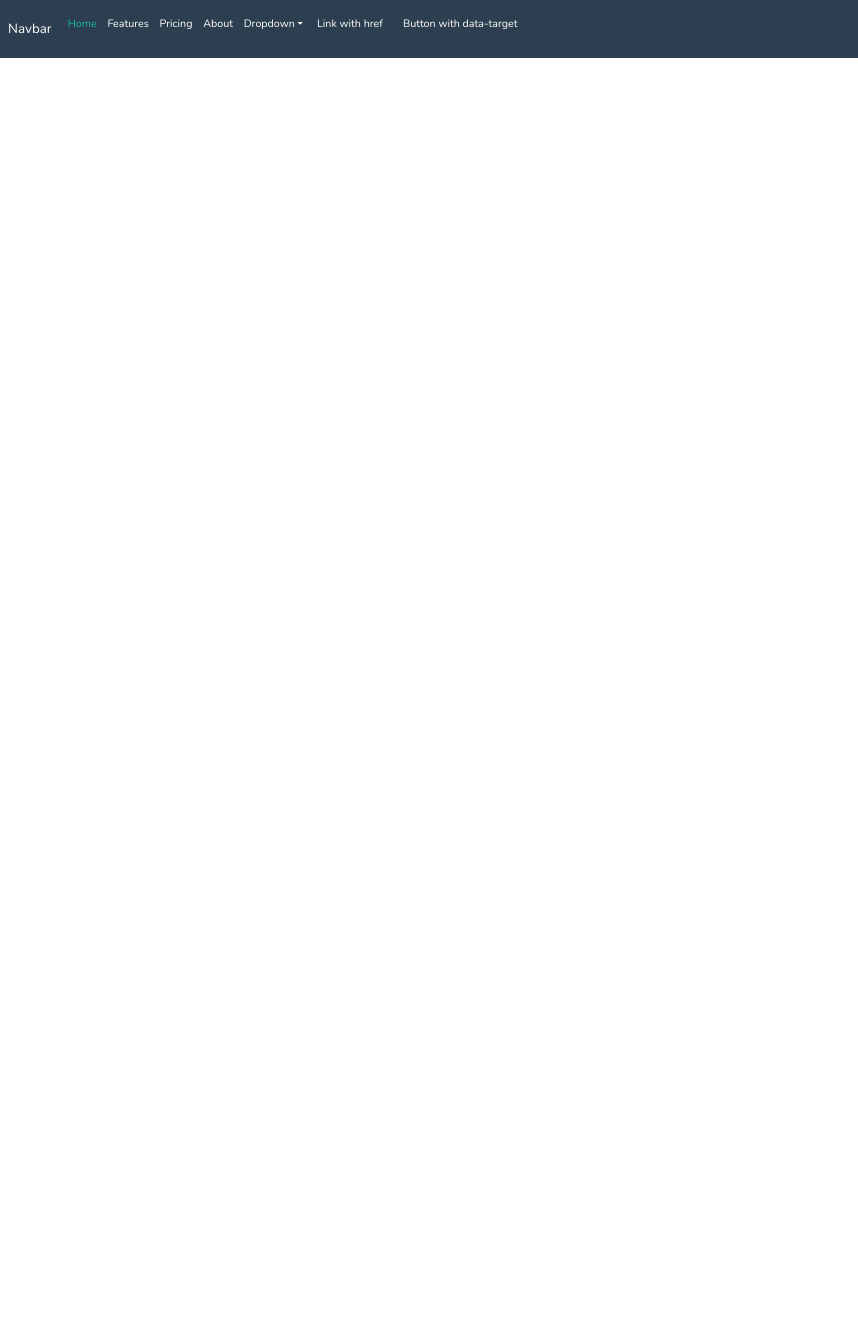
Repository: WaiMaungMaung/Mgr-site
Page: http://localhost/
These files come from the project's save history. The page is drawn as it stood at one moment and after the next save; the edit follows.
The browser window is 1280 px wide. The pictures show the whole page, at 67% of full size.
The page is served by the project's Laravel application, run on PHP 8.4 with Laravel 9. Other server files are loaded and not shown.

Above is the page before, as saved 2022-04-05 16:55:02.

### resources/views/welcome.blade.php
@extends('layouts.app')
<div id="container">
    <nav class="navbar navbar-expand-lg navbar-dark bg-primary fixed-top">
        <div class="container-fluid">
            <a class="navbar-brand" href="#">Navbar</a>
            <button class="navbar-toggler" type="button" data-bs-toggle="collapse" data-bs-target="#navbarColor01"
                aria-controls="navbarColor01" aria-expanded="false" aria-label="Toggle navigation">
                <span class="navbar-toggler-icon"></span>
            </button>

            <div class="collapse navbar-collapse" id="navbarColor01">
                <ul class="navbar-nav me-auto">
                    <li class="nav-item">
                        <a class="nav-link active" href="#">Home
                            <span class="visually-hidden">(current)</span>
                        </a>
                    </li>
                    <li class="nav-item">
                        <a class="nav-link" href="#">Features</a>
                    </li>
                    <li class="nav-item">
                        <a class="nav-link" href="#">Pricing</a>
                    </li>
                    <li class="nav-item">
                        <a class="nav-link" href="#">About</a>
                    </li>
                    <li class="nav-item dropdown">
                        <a class="nav-link dropdown-toggle" data-bs-toggle="dropdown" href="#" role="button"
                            aria-haspopup="true" aria-expanded="false">Dropdown</a>
                        <div class="dropdown-menu">
                            <a class="dropdown-item" href="#">Action</a>
                            <a class="dropdown-item" href="#">Another action</a>
                            <a class="dropdown-item" href="#">Something else here</a>
                            <div class="dropdown-divider"></div>
                            <a class="dropdown-item" href="#">Separated link</a>
                        </div>
                    </li>
                    <li class="nav-item">
                        <p>
                            <a class="btn btn-primary" data-toggle="collapse" href="#collapseExample" role="button"
                                aria-expanded="false" aria-controls="collapseExample">
                                Link with href
                            </a>
                            <button class="btn btn-primary" type="button" data-toggle="collapse"
                                data-target="#collapseExample" aria-expanded="false" aria-controls="collapseExample">
                                Button with data-target
                            </button>
                        </p>
                        <div class="collapse" id="collapseExample">
                            <div class="card card-body">
                                Anim pariatur cliche reprehenderit, enim eiusmod high life accusamus terry richardson ad
                                squid. Nihil anim keffiyeh helvetica, craft beer labore wes anderson cred nesciunt
                                sapiente ea proident.
                            </div>
                        </div>
                    </li>
                </ul>

            </div>
        </div>
    </nav>
</div>

### resources/views/layouts/app.blade.php
<!DOCTYPE html>
<html lang="{{ str_replace('_', '-', app()->getLocale()) }}">

<head>
    <meta charset="utf-8">
    <meta name="viewport" content="width=device-width, initial-scale=1">

    <title>Laravel</title>

    <!-- Fonts -->
    <link href="https://fonts.googleapis.com/css2?family=Nunito:wght@400;600;700&display=swap" rel="stylesheet">
    <link rel="stylesheet" href="https://bootswatch.com/5/flatly/bootstrap.min.css">
    <link rel="stylesheet" href="{{ URL::asset('css/custom.css') }} ">
    <!-- Styles -->
    <style>
        /*! normalize.css v8.0.1 | MIT License | github.com/necolas/normalize.css */
        html {
            line-height: 1.15;
            -webkit-text-size-adjust: 100%
        }

        body {
            margin: 0
        }

        a {
            background-color: transparent
        }

        [hidden] {
            display: none
        }

        html {
            font-family: system-ui, -apple-system, BlinkMacSystemFont, Segoe UI, Roboto, Helvetica Neue, Arial, Noto Sans, sans-serif, Apple Color Emoji, Segoe UI Emoji, Segoe UI Symbol, Noto Color Emoji;
            line-height: 1.5
        }

        *,
        :after,
        :before {
            box-sizing: border-box;
            border: 0 solid #e2e8f0
        }

        a {
            color: inherit;
            text-decoration: inherit
        }

        svg,
        video {
            display: block;
            vertical-align: middle
        }

        video {
            max-width: 100%;
            height: auto
        }

        .bg-white {
            --bg-opacity: 1;
            background-color: #fff;
            background-color: rgba(255, 255, 255, var(--bg-opacity))
        }

        .bg-gray-100 {
            --bg-opacity: 1;
            background-color: #f7fafc;
            background-color: rgba(247, 250, 252, var(--bg-opacity))
        }

        .border-gray-200 {
            --border-opacity: 1;
            border-color: #edf2f7;
            border-color: rgba(237, 242, 247, var(--border-opacity))
        }

        .border-t {
            border-top-width: 1px
        }

        .flex {
            display: flex
        }

        .grid {
            display: grid
        }

        .hidden {
            display: none
        }

        .items-center {
            align-items: center
        }

        .justify-center {
            justify-content: center
        }

        .font-semibold {
            font-weight: 600
        }

        .h-5 {
            height: 1.25rem
        }

        .h-8 {
            height: 2rem
        }

        .h-16 {
            height: 4rem
        }

        .text-sm {
            font-size: .875rem
        }

        .text-lg {
            font-size: 1.125rem
        }

        .leading-7 {
            line-height: 1.75rem
        }

        .mx-auto {
            margin-left: auto;
            margin-right: auto
        }

        .ml-1 {
            margin-left: .25rem
        }

        .mt-2 {
            margin-top: .5rem
        }

        .mr-2 {
            margin-right: .5rem
        }

        .ml-2 {
            margin-left: .5rem
        }

        .mt-4 {
            margin-top: 1rem
        }

        .ml-4 {
            margin-left: 1rem
        }

        .mt-8 {
            margin-top: 2rem
        }

        .ml-12 {
            margin-left: 3rem
        }

        .-mt-px {
            margin-top: -1px
        }

        .max-w-6xl {
            max-width: 72rem
        }

        .min-h-screen {
            min-height: 100vh
        }

        .overflow-hidden {
            overflow: hidden
        }

        .p-6 {
            padding: 1.5rem
        }

        .py-4 {
            padding-top: 1rem;
            padding-bottom: 1rem
        }

        .px-6 {
            padding-left: 1.5rem;
            padding-right: 1.5rem
        }

        .pt-8 {
            padding-top: 2rem
        }

        .fixed {
            position: fixed
        }

        .relative {
            position: relative
        }

        .top-0 {
            top: 0
        }

        .right-0 {
            right: 0
        }

        .shadow {
            box-shadow: 0 1px 3px 0 rgba(0, 0, 0, .1), 0 1px 2px 0 rgba(0, 0, 0, .06)
        }

        .text-center {
            text-align: center
        }

        .text-gray-200 {
            --text-opacity: 1;
            color: #edf2f7;
            color: rgba(237, 242, 247, var(--text-opacity))
        }

        .text-gray-300 {
            --text-opacity: 1;
            color: #e2e8f0;
            color: rgba(226, 232, 240, var(--text-opacity))
        }

        .text-gray-400 {
            --text-opacity: 1;
            color: #cbd5e0;
            color: rgba(203, 213, 224, var(--text-opacity))
        }

        .text-gray-500 {
            --text-opacity: 1;
            color: #a0aec0;
            color: rgba(160, 174, 192, var(--text-opacity))
        }

        .text-gray-600 {
            --text-opacity: 1;
            color: #718096;
            color: rgba(113, 128, 150, var(--text-opacity))
        }

        .text-gray-700 {
            --text-opacity: 1;
            color: #4a5568;
            color: rgba(74, 85, 104, var(--text-opacity))
        }

        .text-gray-900 {
            --text-opacity: 1;
            color: #1a202c;
            color: rgba(26, 32, 44, var(--text-opacity))
        }

        .underline {
            text-decoration: underline
        }

        .antialiased {
            -webkit-font-smoothing: antialiased;
            -moz-osx-font-smoothing: grayscale
        }

        .w-5 {
            width: 1.25rem
        }

        .w-8 {
            width: 2rem
        }

        .w-auto {
            width: auto
        }

        .grid-cols-1 {
            grid-template-columns: repeat(1, minmax(0, 1fr))
        }

        @media (min-width:640px) {
            .sm\:rounded-lg {
                border-radius: .5rem
            }

            .sm\:block {
                display: block
            }

            .sm\:items-center {
                align-items: center
            }

            .sm\:justify-start {
                justify-content: flex-start
            }

            .sm\:justify-between {
                justify-content: space-between
            }

            .sm\:h-20 {
                height: 5rem
            }

            .sm\:ml-0 {
                margin-left: 0
            }

            .sm\:px-6 {
                padding-left: 1.5rem;
                padding-right: 1.5rem
            }

            .sm\:pt-0 {
                padding-top: 0
            }

            .sm\:text-left {
                text-align: left
            }

            .sm\:text-right {
                text-align: right
            }
        }

        @media (min-width:768px) {
            .md\:border-t-0 {
                border-top-width: 0
            }

            .md\:border-l {
                border-left-width: 1px
            }

            .md\:grid-cols-2 {
                grid-template-columns: repeat(2, minmax(0, 1fr))
            }
        }

        @media (min-width:1024px) {
            .lg\:px-8 {
                padding-left: 2rem;
                padding-right: 2rem
            }
        }

        @media (prefers-color-scheme:dark) {
            .dark\:bg-gray-800 {
                --bg-opacity: 1;
                background-color: #2d3748;
                background-color: rgba(45, 55, 72, var(--bg-opacity))
            }

            .dark\:bg-gray-900 {
                --bg-opacity: 1;
                background-color: #1a202c;
                background-color: rgba(26, 32, 44, var(--bg-opacity))
            }

            .dark\:border-gray-700 {
                --border-opacity: 1;
                border-color: #4a5568;
                border-color: rgba(74, 85, 104, var(--border-opacity))
            }

            .dark\:text-white {
                --text-opacity: 1;
                color: #fff;
                color: rgba(255, 255, 255, var(--text-opacity))
            }

            .dark\:text-gray-400 {
                --text-opacity: 1;
                color: #cbd5e0;
                color: rgba(203, 213, 224, var(--text-opacity))
            }

            .dark\:text-gray-500 {
                --tw-text-opacity: 1;
                color: #6b7280;
                color: rgba(107, 114, 128, var(--tw-text-opacity))
            }
        }

    </style>

    <style>
        body {
            font-family: 'Nunito', sans-serif;
            height: 2000px;
        }

    </style>
</head>

<body class="antialiased">
    <div id="app">
        @yield('content')
        <h1>app</h1>
    </div>
</body>

</html>

Loaded but not shown: routes/web.php (common file); lang/en.json (common file)

After the next save:
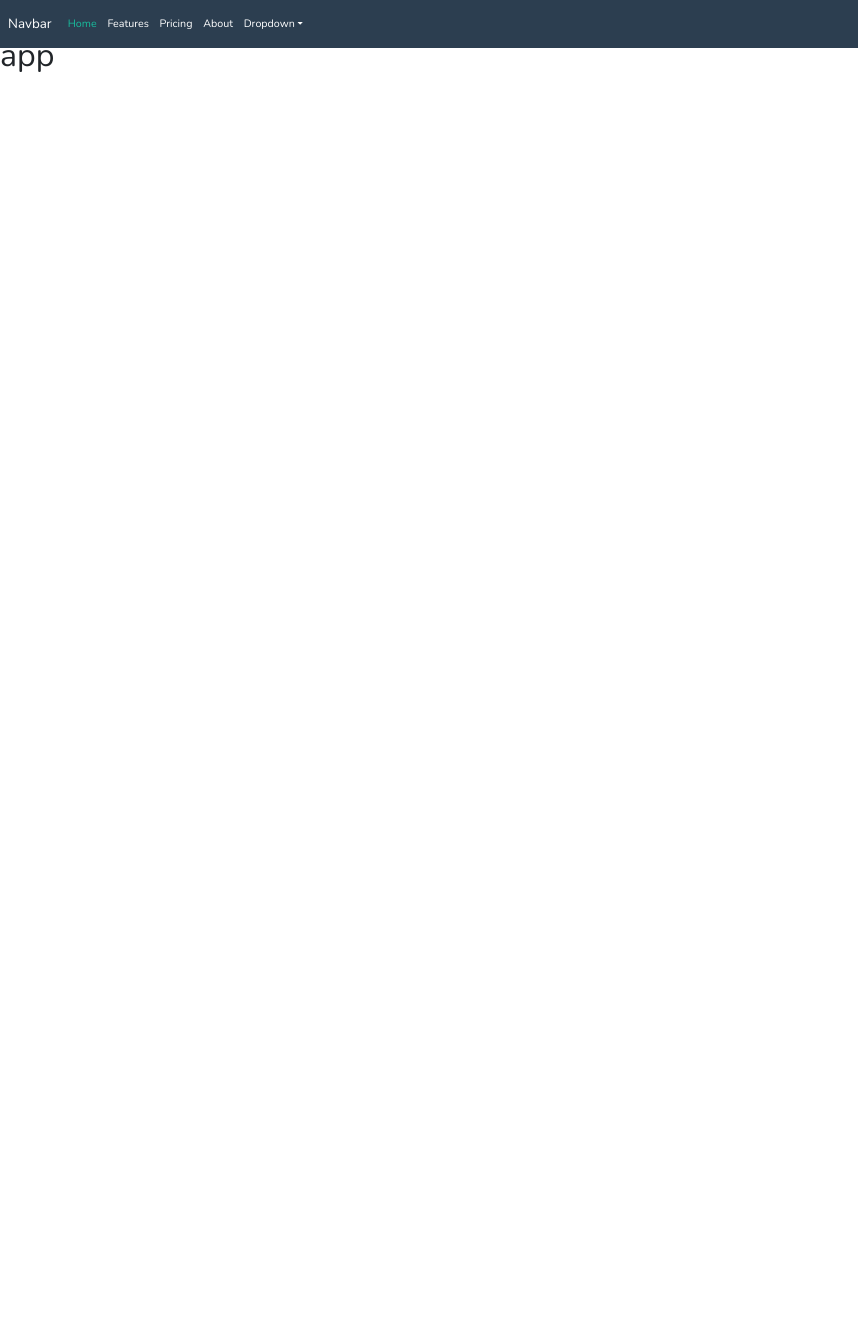
Saved 75 s later.
--- a/resources/views/welcome.blade.php
+++ b/resources/views/welcome.blade.php
@@ -35,28 +35,26 @@
                             <a class="dropdown-item" href="#">Separated link</a>
                         </div>
                     </li>
-                    <li class="nav-item">
-                        <p>
-                            <a class="btn btn-primary" data-toggle="collapse" href="#collapseExample" role="button"
-                                aria-expanded="false" aria-controls="collapseExample">
-                                Link with href
-                            </a>
-                            <button class="btn btn-primary" type="button" data-toggle="collapse"
-                                data-target="#collapseExample" aria-expanded="false" aria-controls="collapseExample">
-                                Button with data-target
-                            </button>
-                        </p>
-                        <div class="collapse" id="collapseExample">
-                            <div class="card card-body">
-                                Anim pariatur cliche reprehenderit, enim eiusmod high life accusamus terry richardson ad
-                                squid. Nihil anim keffiyeh helvetica, craft beer labore wes anderson cred nesciunt
-                                sapiente ea proident.
-                            </div>
-                        </div>
-                    </li>
                 </ul>
 
             </div>
         </div>
     </nav>
+
+    <p>
+        <a class="btn btn-primary" data-toggle="collapse" href="#collapseExample" role="button" aria-expanded="false"
+            aria-controls="collapseExample">
+            Link with href
+        </a>
+        <button class="btn btn-primary" type="button" data-toggle="collapse" data-target="#collapseExample"
+            aria-expanded="false" aria-controls="collapseExample">
+            Button with data-target
+        </button>
+    </p>
+    <div class="collapse" id="collapseExample">
+        <div class="card card-body">
+            Anim pariatur cliche reprehenderit, enim eiusmod high life accusamus terry richardson ad squid. Nihil anim
+            keffiyeh helvetica, craft beer labore wes anderson cred nesciunt sapiente ea proident.
+        </div>
+    </div>
 </div>

After the save that followed:
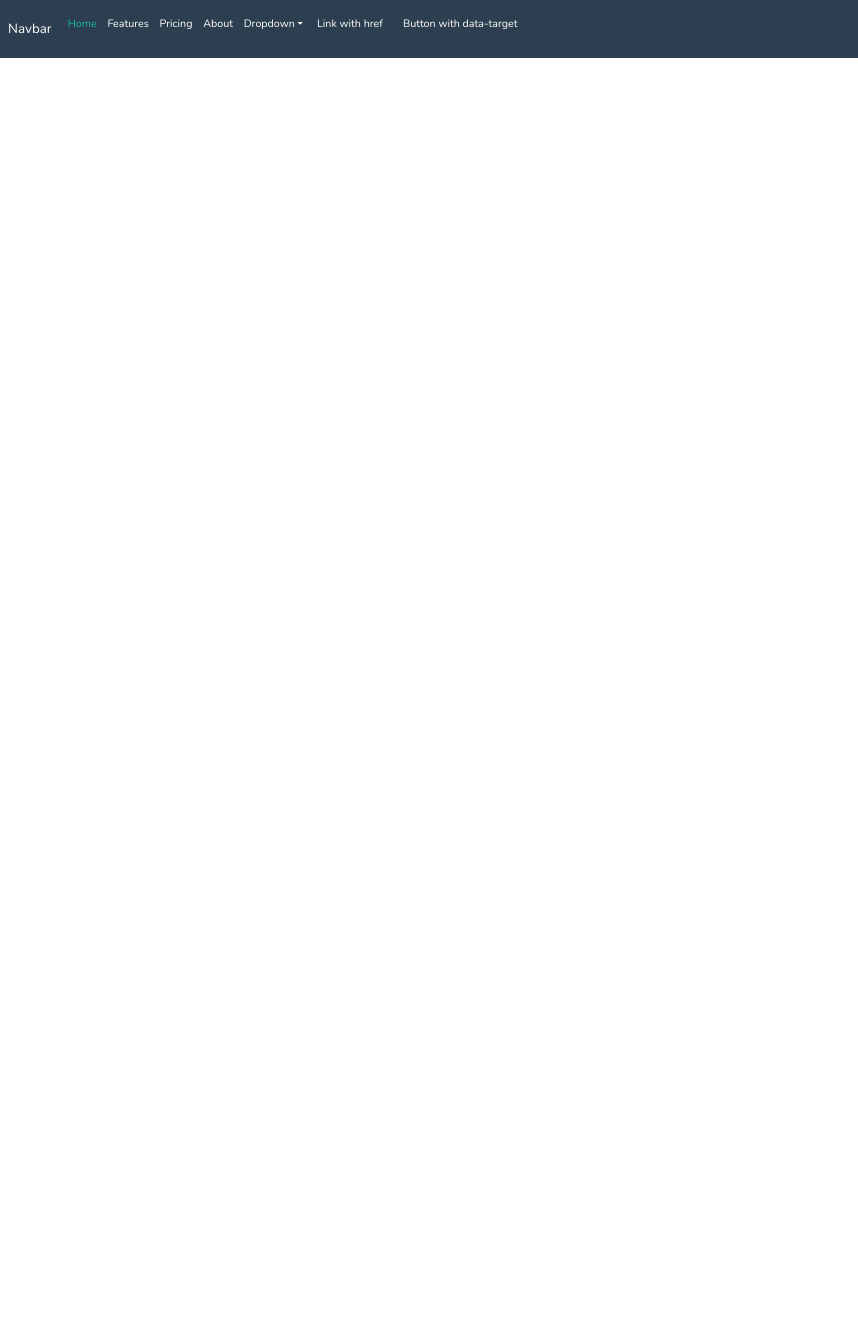
Saved 34 s later.
--- a/resources/views/welcome.blade.php
+++ b/resources/views/welcome.blade.php
@@ -35,26 +35,30 @@
                             <a class="dropdown-item" href="#">Separated link</a>
                         </div>
                     </li>
+                    <li class="nav-item">
+                        <p>
+                            <a class="btn btn-primary" data-toggle="collapse" href="#collapseExample" role="button"
+                                aria-expanded="false" aria-controls="collapseExample">
+                                Link with href
+                            </a>
+                            <button class="btn btn-primary" type="button" data-toggle="collapse"
+                                data-target="#collapseExample" aria-expanded="false" aria-controls="collapseExample">
+                                Button with data-target
+                            </button>
+                        </p>
+                        <div class="collapse" id="collapseExample">
+                            <div class="card card-body">
+                                Anim pariatur cliche reprehenderit, enim eiusmod high life accusamus terry richardson ad
+                                squid. Nihil anim keffiyeh helvetica, craft beer labore wes anderson cred nesciunt
+                                sapiente ea proident.
+                            </div>
+                        </div>
+                    </li>
                 </ul>
 
             </div>
         </div>
     </nav>
 
-    <p>
-        <a class="btn btn-primary" data-toggle="collapse" href="#collapseExample" role="button" aria-expanded="false"
-            aria-controls="collapseExample">
-            Link with href
-        </a>
-        <button class="btn btn-primary" type="button" data-toggle="collapse" data-target="#collapseExample"
-            aria-expanded="false" aria-controls="collapseExample">
-            Button with data-target
-        </button>
-    </p>
-    <div class="collapse" id="collapseExample">
-        <div class="card card-body">
-            Anim pariatur cliche reprehenderit, enim eiusmod high life accusamus terry richardson ad squid. Nihil anim
-            keffiyeh helvetica, craft beer labore wes anderson cred nesciunt sapiente ea proident.
-        </div>
-    </div>
+
 </div>
